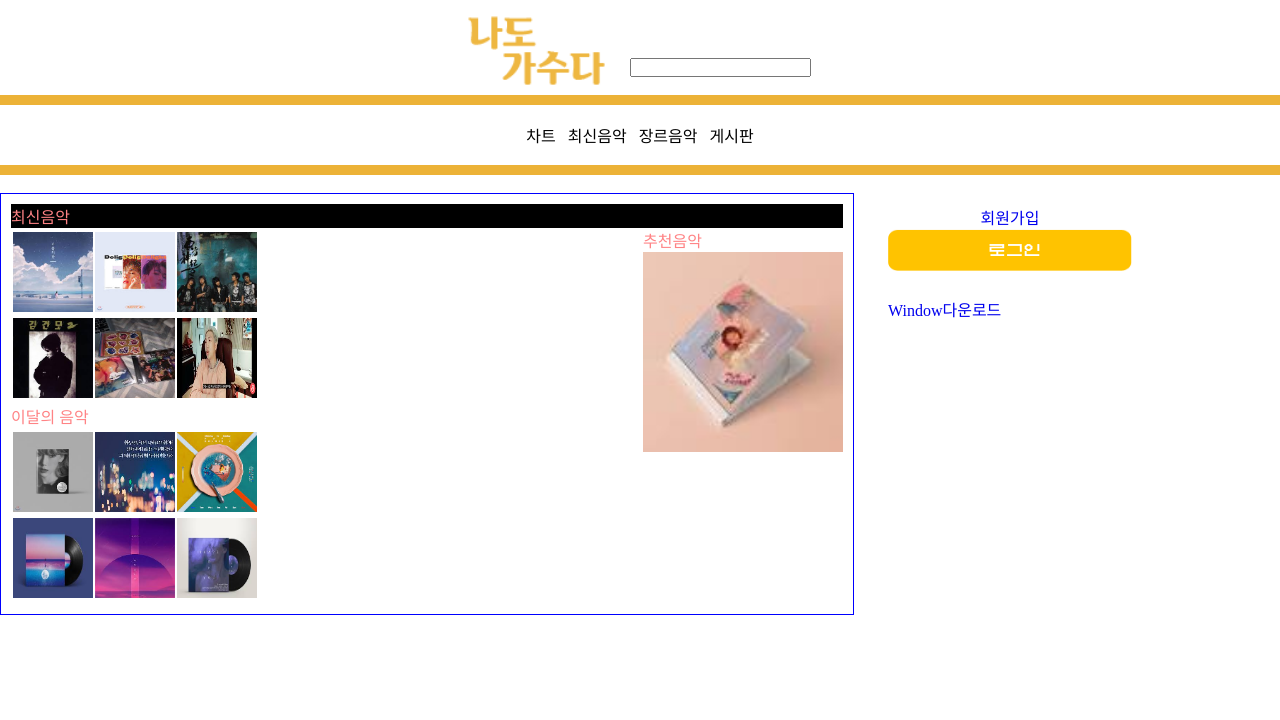
Repository: Ea-Bell/GraduationPortfolio
Page: http://localhost/WebTest/webTest/View/login/index.jsp
An editor plug-in stored every save of this project. The page is shown before and after the next save, followed by the edit.
The browser window is 1280 px wide. The pictures show the whole page.
The page is served by Tomcat 9. Nobody is signed in. The application's start-up code is not run.

Above is the page before, as saved 2020-09-16 09:15:12.

After the next save:
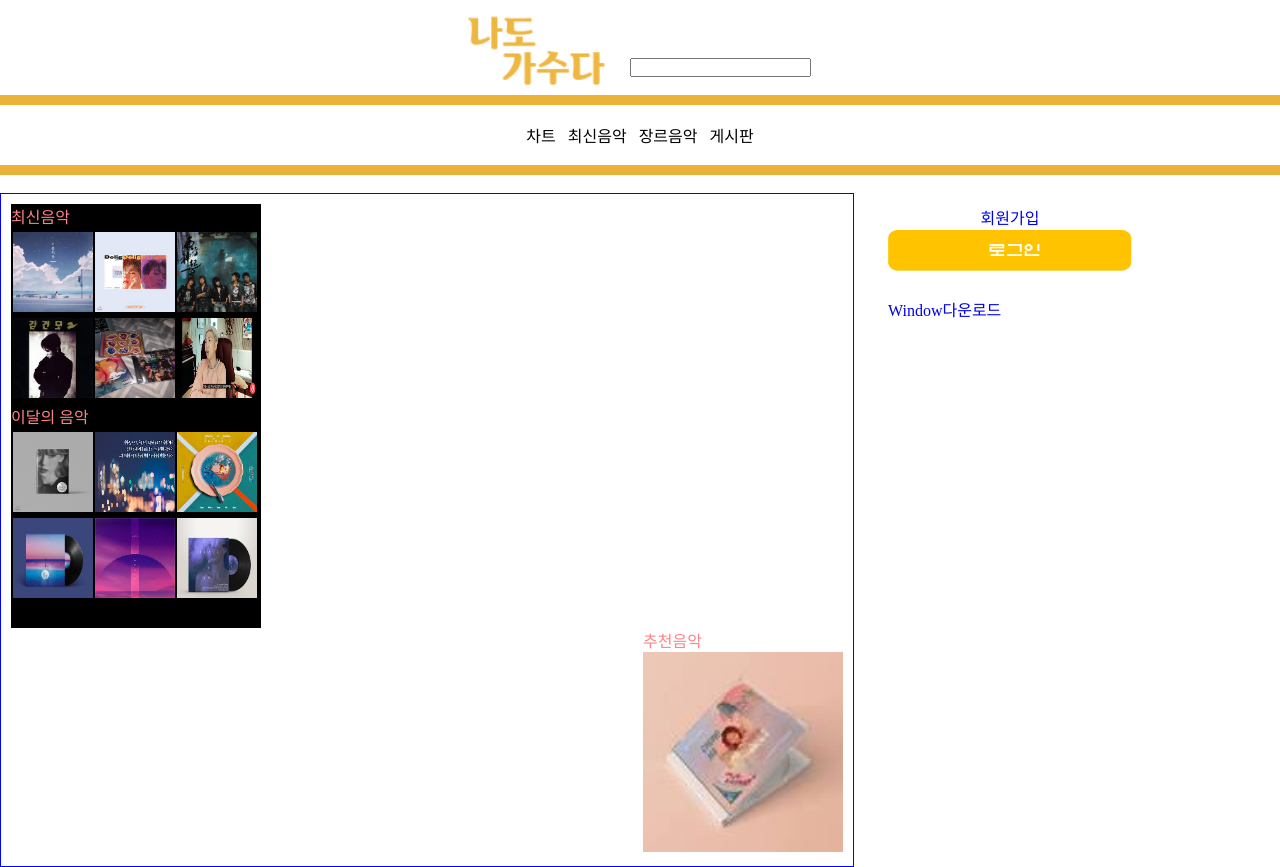
Saved 28 s later.
--- a/WEB_Server/WebTest/WebContent/webTest/View/login/index.jsp
+++ b/WEB_Server/WebTest/WebContent/webTest/View/login/index.jsp
@@ -118,7 +118,7 @@
 			</table>
 
 </div>
-		<div style="height: 100%; background-color: black; float: none; ">
+		<div style="width:30%; background-color: black; float: none; ">
 		가가가가가
 
 		</div>
